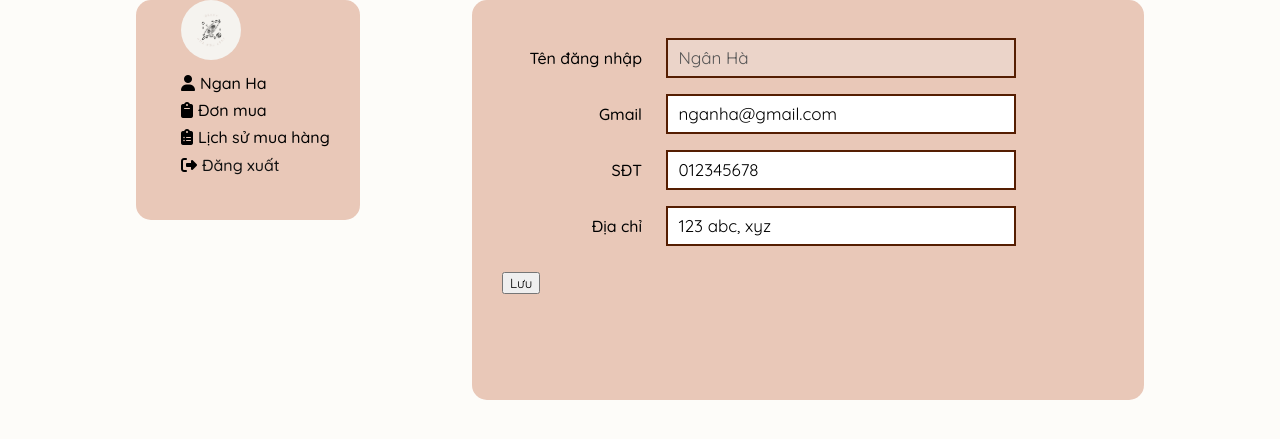
Repository: nganha241/store
Page: profile.html
The author's editor kept a copy of each file at every save. The page is drawn from the files as they stood at one save, then again after the next save.
The browser window is 1280 px wide. The pictures show the whole page.
Some web libraries are served in a nearby version.

Above is the page before, as saved 2022-04-22 15:23:00.

After the next save:
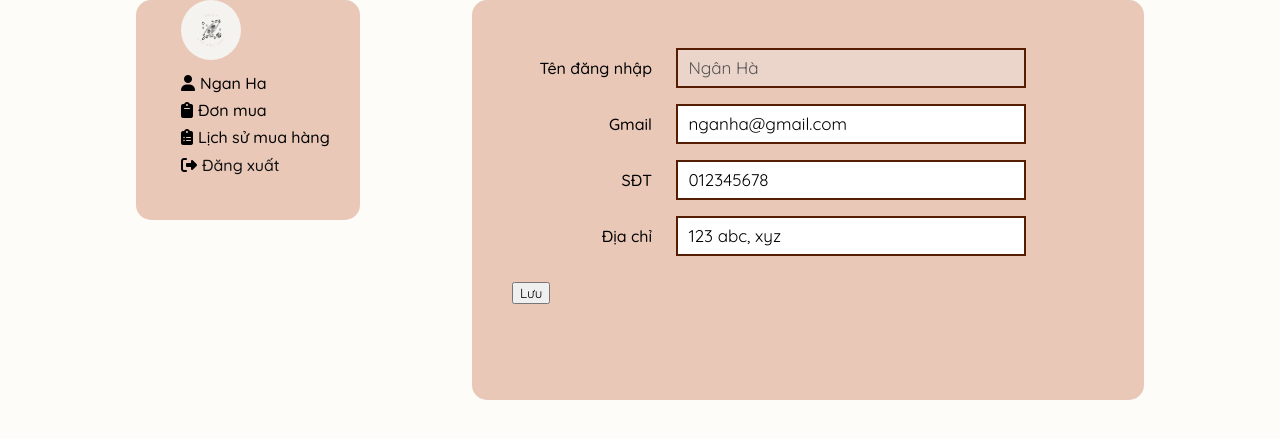
Saved 7 s later.
--- a/style.css
+++ b/style.css
@@ -1132,7 +1132,7 @@ li {
 
 .container .profile .my-profile .list-detail .name  form{
     line-height: 3.5;
-    padding: 30px;
+    padding: 40px;
 }
 
 .container .profile .my-profile .list-detail .name label{
